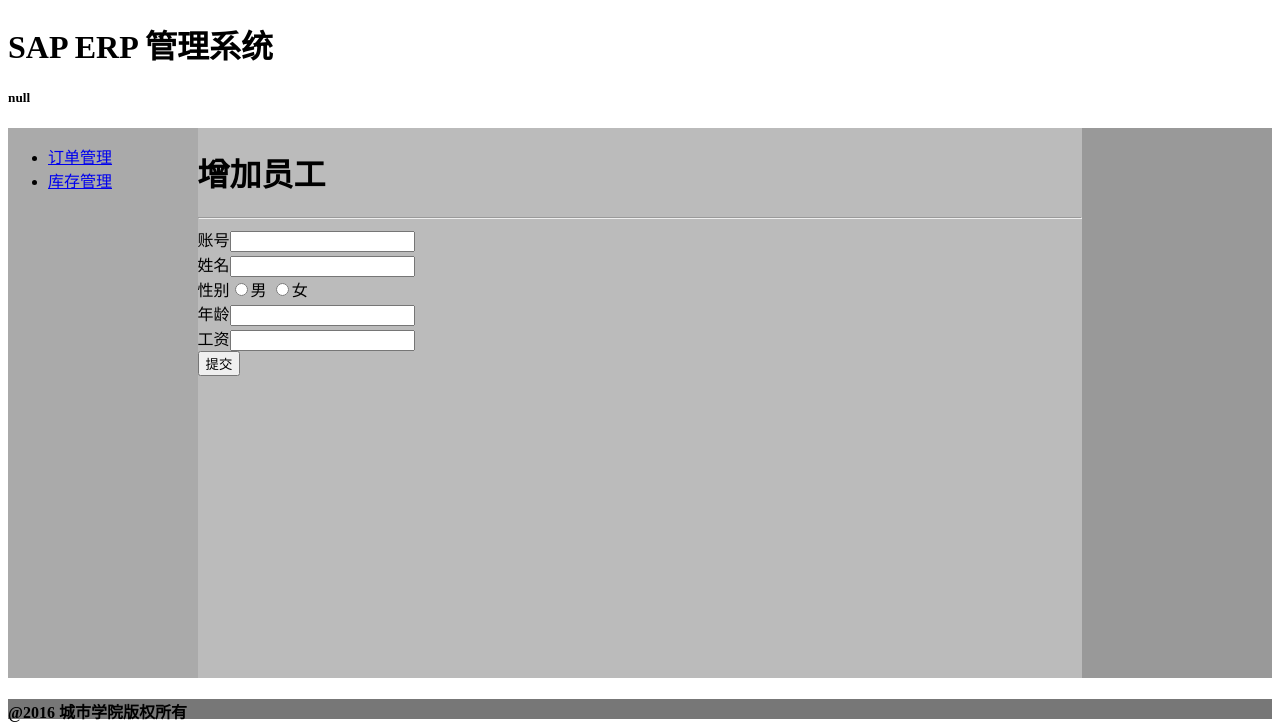
Repository: flowerthorn/javaee-test
Page: http://localhost/sapweb/productcategory/salesmain.jsp
An editor plug-in stored every save of this project. The page is shown before and after the next save, followed by the edit.
The browser window is 1280 px wide. The pictures show the whole page.
The page is served by Tomcat 9.

Above is the page before, as saved 2016-12-05 05:33:45.

After the next save:
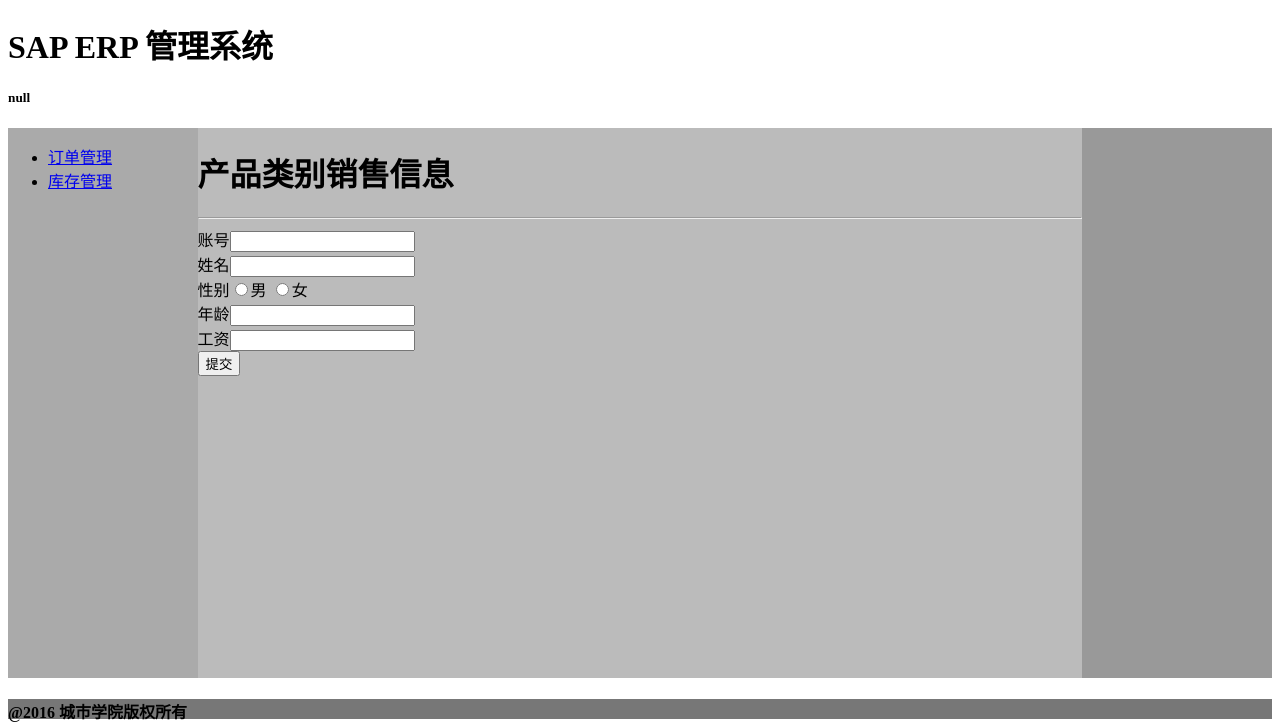
Saved 13 min 3 s later.
--- a/12_ JSTL I18N标记编程/12.05/sapweb/WebContent/productcategory/salesmain.jsp
+++ b/12_ JSTL I18N标记编程/12.05/sapweb/WebContent/productcategory/salesmain.jsp
@@ -17,7 +17,7 @@
 	</div>
 	<div id="main">
 		<form action="../employee/add.action" >
-		  <h1>增加员工</h1><hr/>
+		  <h1>产品类别销售信息</h1><hr/>
 		  账号<input type="text" name="eid"><br/>
 		  姓名<input type="text" name="ename"><br/>
 		  性别<input type="radio" name="sex">男
